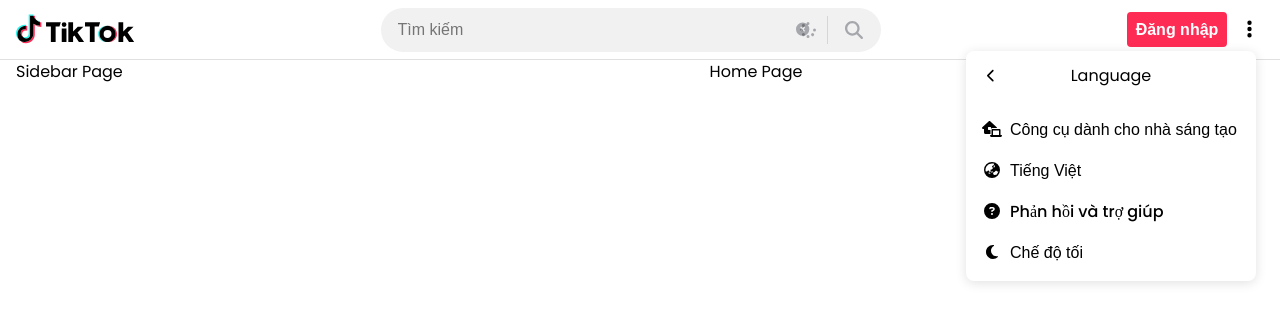
Repository: nvdao03/Tiktok
Page: /
The author's editor kept a copy of each file at every save. The page is drawn from the files as they stood at one save, then again after the next save.
The browser window is 1280 px wide. The pictures show the whole page.
The project was rebuilt for these pictures with package versions that can differ from the ones it lists, and the page was loaded fresh each time. Also part of the build but not shown: vite.config.js, src/components/AccountItem/AccountItem.module.scss, src/components/Layout/HeaderOnly/index.jsx, src/pages/Following/index.jsx, src/pages/Profile/index.jsx, src/pages/Upload/index.jsx, src/pages/Search/index.jsx.

Above is the page before, as saved 2025-01-04 22:41:38.

### src/main.jsx
import { StrictMode } from 'react';
import { createRoot } from 'react-dom/client';
import GlobalStyles from './components/GlobalStyles/';
import App from './App.jsx';

createRoot(document.getElementById('root')).render(
  <StrictMode>
    <GlobalStyles>
      <App />
    </GlobalStyles>
  </StrictMode>,
);

### src/App.jsx
import { Fragment } from 'react';
import { BrowserRouter as Router, Routes, Route } from 'react-router-dom';

import { publicRoutes } from './routes';
import { DefaultLayout } from './components/Layout';

function App() {
  return (
    <Router>
      <div className="App">
        <Routes>
          {publicRoutes.map((route, index) => {
            const Pages = route.component;

            // Kiểm tra và check điều kiện để render ra DefaultLayout
            let Layout = DefaultLayout;

            if (route.layout) {
              Layout = route.layout;
            } else if (route.layout === null) {
              Layout = Fragment;
            }

            return (
              <Route
                key={index}
                path={route.path}
                element={
                  <Layout>
                    <Pages />
                  </Layout>
                }
              />
            );
          })}
        </Routes>
      </div>
    </Router>
  );
}

export default App;

### src/components/GlobalStyles/GlobalStyles.scss
// @import 'normalize.css';
@import url('https://fonts.googleapis.com/css2?family=Poppins:ital,wght@0,100;0,200;0,300;0,400;0,500;0,600;0,700;0,800;0,900;1,100;1,200;1,300;1,400;1,500;1,600;1,700;1,800;1,900&display=swap');

html,
body,
div,
span,
applet,
object,
iframe,
h1,
h2,
h3,
h4,
h5,
h6,
p,
blockquote,
pre,
a,
abbr,
acronym,
address,
big,
cite,
code,
del,
dfn,
em,
img,
ins,
kbd,
q,
s,
samp,
small,
strike,
strong,
sub,
sup,
tt,
var,
b,
u,
i,
center,
dl,
dt,
dd,
ol,
ul,
li,
fieldset,
form,
label,
legend,
table,
caption,
tbody,
tfoot,
thead,
tr,
th,
td,
article,
aside,
canvas,
details,
embed,
figure,
figcaption,
footer,
header,
hgroup,
menu,
nav,
output,
ruby,
section,
summary,
time,
mark,
audio,
video {
  margin: 0;
  padding: 0;
  border: 0;
  font-size: 100%;
  font: inherit;
  vertical-align: baseline;
}
/* HTML5 display-role reset for older browsers */
article,
aside,
details,
figcaption,
figure,
footer,
header,
hgroup,
menu,
nav,
section {
  display: block;
}
body {
  line-height: 1;
}
ol,
ul {
  list-style: none;
}
blockquote,
q {
  quotes: none;
}
blockquote:before,
blockquote:after,
q:before,
q:after {
  content: '';
  content: none;
}
table {
  border-collapse: collapse;
  border-spacing: 0;
}

a {
  text-decoration: none;
  color: var(--text-color);
  font-family: inherit;
}

:root {
  --primary: #fe2c55;
  --black: #000;
  --white: #fff;

  // Default Layout
  --default-layout-header-height: 6rem;
}

* {
  box-sizing: border-box;
}

html {
  font-size: 62.5%;
}

body {
  font-family: 'Poppins', serif;
  font-style: normal;

  font-size: 1.6rem;
  line-height: 1.5;
}

button,
input,
[tabindex] {
  outline: none;
  border: none;
  background: transparent;
}

### src/routes/index.js
// Layouts
import { HeaderOnly } from '../components/Layout';

// Pages
import HomePage from '../pages/Home';
import FollowingPage from '../pages/Following';
import ProfilePage from '../pages/Profile';
import UploadPage from '../pages/Upload';
import SearchPage from '../pages/Search';

// 1. Các routes ko cần login vẫn xem được
const publicRoutes = [
  { path: '/', component: HomePage },
  { path: '/following', component: FollowingPage },
  { path: '/profile', component: ProfilePage },
  { path: '/upload', component: UploadPage, layout: HeaderOnly }, // Nếu là null thì lấy DefaultLayout và ngược lại nếu có Layout thì phải lấy Layout truyền vào
  { path: '/search', component: SearchPage, layout: null },
];

// 2. Các routes yêu cầu login
const privateRoutes = [];

export { publicRoutes, privateRoutes };

### src/pages/Home/index.jsx
function Home() {
  return <div>Home Page</div>;
}

export default Home;

### src/components/Layout/DefaultLayout/index.jsx
import Sidebar from './Sidebar';
import Header from '../components/Header';
import styles from './DefaultLayout.module.scss';
import classNames from 'classnames/bind';

const cx = classNames.bind(styles);

function DefaultLayout({ children }) {
  return (
    <div className={cx('wrapper')}>
      <Header />
      <div className={cx('container')}>
        <Sidebar />
        <main className={cx('content')}>{children}</main>
      </div>
    </div>
  );
}

export default DefaultLayout;

### src/components/Layout/DefaultLayout/Sidebar/index.jsx
import React from 'react';
import styles from './Sidebar.module.scss';
import classNames from 'classnames/bind';

const cx = classNames.bind(styles);

function Sidebar() {
  return (
    <aside className={cx('wrapper')}>
      <h2>Sidebar Page</h2>
    </aside>
  );
}

export default Sidebar;

### src/components/Layout/components/Header/index.jsx
import React, { useEffect, useState } from 'react';
import classNames from 'classnames/bind';
import { FontAwesomeIcon } from '@fortawesome/react-fontawesome';
import {
  faCircleXmark,
  faSpinner,
  faMagnifyingGlass,
  faEllipsisVertical,
  faEarthAsia,
  faHouseLaptop,
  faCircleQuestion,
  faMoon,
} from '@fortawesome/free-solid-svg-icons';
import Tippy from '@tippyjs/react/headless';

import styles from './Header.module.scss';
import images from '../../../../assets/images';
import { Wrapper as PopperWrapper } from '../../../../components/Popper';
import AccountItem from '../../../AccountItem';
import Button from '../../../Buttons';
import Menu from '../../../Popper/Menu';

// 1. Thằng bind này nó giúp mình bind object style này vào -> và trả ra cái method cx -> dùng cx để làm việc với class thì sẽ viết được dấu gạch -
// 2. Cứ thằng nào là thẻ ôm của 1 component thì cứ đặt tên nó là wrapper
const cx = classNames.bind(styles);

// 3. Nội dung ở trong Menu sẽ thay đổi theo nhiều kiểu -> mình sẽ ko để cứng mà truyền data và render ra màn hình
const MENU_ITEMS = [
  {
    icon: <FontAwesomeIcon icon={faHouseLaptop} />,
    title: 'Công cụ dành cho nhà sáng tạo',
  },
  {
    icon: <FontAwesomeIcon icon={faEarthAsia} />,
    title: 'Tiếng Việt',
    children: {
      title: 'Language',
      data: [
        {
          code: 'vi',
          title: 'Tiếng Việt',
        },
        {
          code: 'en',
          title: 'English',
        },
        {
          code: 'fi',
          title: 'Finnish',
        },
        {
          code: 'no',
          title: 'Norwegian',
        },
        {
          code: 'se',
          title: 'Swedish',
        },
        {
          code: 'dk',
          title: 'Danish',
        },
        {
          code: 'ch',
          title: 'Swiss German',
        },
        {
          code: 'nl',
          title: 'Dutch',
        },
      ],
    },
  },
  {
    icon: <FontAwesomeIcon icon={faCircleQuestion} />,
    title: 'Phản hồi và trợ giúp',
    to: '/feedback',
  },
  {
    icon: <FontAwesomeIcon icon={faMoon} />,
    title: 'Chế độ tối',
  },
];

function Header() {
  const [searchResult, setSearchResult] = useState([]);

  useEffect(() => {
    setTimeout(() => {
      setSearchResult([]);
    }, 1000);
  }, []);

  return (
    <header className={cx('wrapper')}>
      <div className={cx('inner')}>
        {/* Logo */}
        <a href="/" className={cx('logo')}>
          <img src={images.logo} alt="TikTok" />
        </a>

        {/* Search */}
        <Tippy
          visible={searchResult.length > 0}
          interactive={true}
          render={(attrs) => (
            <div className={cx('search-result')} tabIndex="-1" {...attrs}>
              <PopperWrapper>
                <h4 className={cx('search-title')}>Tài khoản</h4>
                <AccountItem />
                <AccountItem />
              </PopperWrapper>
            </div>
          )}
        >
          <div className={cx('search')}>
            <form action="" className={cx('search-form')}>
              <input type="text" placeholder="Tìm kiếm" />
              <button type="button" className={cx('search-clear')}>
                <FontAwesomeIcon icon={faCircleXmark} />
              </button>
              <FontAwesomeIcon className={cx('search-loading')} icon={faSpinner} />

              <button type="button" className={cx('search-btn')}>
                <FontAwesomeIcon icon={faMagnifyingGlass} />
              </button>
            </form>
          </div>
        </Tippy>
        {/* Actions */}
        <div className={cx('actions')}>
          {/* <Button text>Đăng ký</Button> */}
          <Button primary className={cx('custom-primary')}>
            Đăng nhập
          </Button>

          <Menu items={MENU_ITEMS}>
            <button className={cx('more-btn')}>
              <FontAwesomeIcon icon={faEllipsisVertical} />
            </button>
          </Menu>
        </div>
      </div>
    </header>
  );
}

export default Header;

### src/components/Layout/DefaultLayout/DefaultLayout.module.scss
.wrapper {
  display: flex;
  justify-content: center;
  flex-direction: column;
}

.container {
  display: flex;
  justify-content: space-between;
  flex: 1 1 auto;

  width: 100%;
  max-width: 100%;
  padding-left: 1.6rem;
  padding-right: 2.4rem;

  background-color: rgb(255, 255, 255);
}

.content {
  position: relative;

  display: flex;
  justify-content: center;

  min-width: 42rem;
  margin: 0px auto;

  -webkit-box-pack: center;
}

### src/components/Layout/DefaultLayout/Sidebar/Sidebar.module.scss
.wrapper {
  width: 24rem;
  height: 100%;
}

### src/components/Layout/components/Header/Header.module.scss
.wrapper {
  height: var(--default-layout-header-height);

  background: rgb(255, 255, 255);
  border-bottom: 0.1rem solid rgba(0, 0, 0, 0.12);
}

.inner {
  display: flex;
  align-items: center;
  justify-content: space-between;

  height: 100%;
  width: 100%;
  max-width: 100%;
  padding-left: 1.6rem;
  padding-right: 2.4rem;
}

.logo {
  display: flex;
  align-items: center;

  user-select: none;
}

.search {
  position: relative;

  min-width: 20rem;
  width: 51.6rem;
  padding: 0rem 0.8rem;
}

.search-result {
  --search-result-width: 51.6rem;

  width: calc(var(--search-result-width) - 1.6rem);
}

.search-title {
  height: 3rem;
  padding: 0.5rem 1.2rem;
  font-size: 1.4rem;
  line-height: 1.8rem;
  font-weight: 600;
  color: rgba(22, 24, 35, 0.5);
}

.search-form {
  position: relative;
  display: flex;

  background: rgba(22, 24, 35, 0.06);
  padding-left: 1.6rem;
  border-radius: 9.2rem;

  overflow: hidden;

  border: 1.5px solid transparent;

  &:focus-within {
    border-color: rgba(22, 24, 35, 0.2);
  }

  &::after {
    content: '';
    position: absolute;
    top: 50%;
    right: 5.2rem;

    transform: translateY(-50%);

    width: 0.1rem;
    height: 2.8rem;
    background: rgba(22, 24, 35, 0.12);
  }

  input {
    height: 100%;

    font-weight: 400;
    font-size: 1.6rem;
    line-height: 2.1rem;

    padding: 1.2rem 0;
    border: none;
    outline: none;

    color: var(--black);
    caret-color: var(--primary);

    background: transparent;
  }

  input:not(:placeholder-shown) ~ .search-btn {
    color: rgba(22, 24, 35, 0.8);
  }
}

.search-clear,
.search-loading {
  position: absolute;
  right: 6.4rem;
  top: 50%;

  transform: translateY(-50%);

  color: rgba(22, 24, 35, 0.34);

  cursor: pointer;
}

.search-btn {
  display: flex;
  justify-content: center;
  align-items: center;

  width: 5.2rem;

  font-size: 1.8rem;
  color: rgba(22, 24, 35, 0.34);

  margin-left: auto;
  border: none;
  outline: none;
  background: transparent;

  &:hover {
    cursor: pointer;
    color: rgba(22, 24, 35, 0.8);
    background: rgba(22, 24, 35, 0.03);
    border-top-right-radius: 0.92rem;
    border-bottom-right-radius: 0.92rem;
  }
}

.actions {
  display: flex;
  align-items: center;
  justify-content: center;
}

// More button
.more-btn {
  font-size: 2rem;
  margin-left: 1.6rem;
  padding: 0 0.4rem;
  background: transparent;
  cursor: pointer;
}

### src/assets/images/index.js
/*

  Cách 1:
  const images = {
    logo: '/src/assets/images/logo.png'
  }

  Cách 2:
  const images = {
    logo: new URL('./logo.png', import.meta.url).href
      - import.meta.url: Đây là url module hiện tại, cung cấp thông tin về vị trí của file hiện tại
      - .href: Đây là đường dẫn URL hoàn chỉnh từ đối tượng URL
  }

*/

const images = {
  logo: new URL('./logo.svg', import.meta.url).href,
};

export default images;

### src/components/AccountItem/index.jsx
import React from 'react';
import classNames from 'classnames/bind';
import { FontAwesomeIcon } from '@fortawesome/react-fontawesome';
import { faCheck, faCheckCircle } from '@fortawesome/free-solid-svg-icons';

import styles from './AccountItem.module.scss';

const cx = classNames.bind(styles);

function AccountItem() {
  return (
    <div className={cx('wrapper')}>
      <img
        src="https://p16-sign-va.tiktokcdn.com/tos-maliva-avt-0068/1be015feb10a86a0177f048001bd0469~c5_100x100.jpeg?lk3s=30310797&nonce=15317&refresh_token=66705073abf8410ab80e2fd3d5b10936&x-expires=1735992000&x-signature=0UfE0BNkbiXxWny8Wc1fAKic2%2FM%3D&shp=30310797&shcp=-"
        alt="Hoa"
        className={cx('avatar')}
      />
      <div className={cx('info')}>
        <h4 className={cx('name')}>
          <span>Nguyen Van A</span>
          <FontAwesomeIcon className={cx('check')} icon={faCheckCircle} />
        </h4>
        <span className={cx('username')}>Hoa Hậu Quốc Gia</span>
      </div>
    </div>
  );
}

export default AccountItem;

### src/components/Buttons/index.jsx
import React from 'react';
import classNames from 'classnames/bind';
import { Link } from 'react-router-dom';

import styles from './Button.module.scss';

const cx = classNames.bind(styles);

function Button({
  to,
  href,
  children,
  primary = false,
  outline = false,
  text = false,
  rounded = false,
  disabled = false,
  small = false,
  large = false,
  className,
  leftIcon,
  rightIcon,
  onClick,
  ...passProps
}) {
  let Component = 'button';

  const props = {
    onClick,
    ...passProps,
  };

  if (to) {
    props.to = to;
    Component = Link;
  } else if (href) {
    props.href = href;
    Component = 'a';
  }

  if (disabled) {
    delete props.onClick;
  }

  const classes = cx('wrapper', {
    primary,
    outline,
    small,
    large,
    text,
    disabled,
    rounded,
    [className]: className,
  });

  return (
    <Component className={classes} {...props}>
      {leftIcon && <span className={cx('icon')}>{leftIcon}</span>}
      <span className={cx('title')}>{children}</span>
      {rightIcon && <span className={cx('icon')}>{rightIcon}</span>}
    </Component>
  );
}

export default Button;

### src/components/Popper/Menu/index.jsx
import React, { useState } from 'react';
import Tippy from '@tippyjs/react/headless';
import classNames from 'classnames/bind';

import MenuItem from './MenuItem';
import styles from './Menu.module.scss';
import { Wrapper as PopperWrapper } from '../../Popper';
import Header from './Header';

const cx = classNames.bind(styles);

function Menu({ children, items = [] }) {
  const [history, setHistory] = useState([{ data: items }]);

  const current = history[history.length - 1];

  const renderItems = () => {
    return current.data.map((item, index) => {
      const isParent = !!item.children;

      return (
        <MenuItem
          key={index}
          data={item}
          onClick={() => {
            if (isParent) {
              setHistory((prev) => [...prev, item.children]);
            }
          }}
        />
      );
    });
  };

  return (
    <Tippy
      visible
      interactive
      delay={[0, 500]}
      placement="bottom-end"
      render={(attrs) => (
        <div className={cx('menu-list')} tabIndex="-1" {...attrs}>
          <PopperWrapper className={cx('menu-popper')}>
            <Header title="Language" />
            {renderItems()}
          </PopperWrapper>
        </div>
      )}
    >
      {children}
    </Tippy>
  );
}

export default Menu;

### src/components/Popper/Wrapper.jsx
import React from 'react';
import classNames from 'classnames/bind';

import styles from './Popper.module.scss';

const cx = classNames.bind(styles);

function Wrapper({ children, className }) {
  return <div className={cx('wrapper', className)}>{children}</div>;
}

export default Wrapper;

### src/components/Buttons/Button.module.scss
.wrapper {
  position: relative;

  display: inline-flex;
  align-items: center;
  justify-content: center;

  min-width: 10rem;

  padding: 0.7rem 0.8rem;

  border-radius: 0.4rem;
  border: none;

  font-weight: 700;
  font-size: 1.6rem;
  line-height: 2.1rem;

  user-select: none;
  cursor: pointer;
  background-color: transparent;

  + .wrapper {
    margin-left: 1.6rem;
  }

  &.disabled {
    cursor: none;
    pointer-events: none;
    opacity: 0.5;
  }
}

.icon + .title,
.title + .icon {
  margin-left: 0.8rem;
}

.icon {
  display: inline-block;
  width: 2rem;
  text-align: center;
}

// Button types
.rounded {
  min-width: 90px;
  height: 3.2rem;

  font-weight: 700;
  font-size: 1.4rem;
  line-height: 3rem;

  border: 1px solid rgba(22, 24, 35, 0.12);
  border-radius: 5.2rem;

  color: rgba(22, 24, 35, 0.75);
  background: none rgb(255, 255, 255);

  &:hover {
    border-color: rgba(22, 24, 35, 0.2);
    background-color: rgb(255, 255, 255);
  }
}

.primary {
  margin-left: 1.6rem;

  color: var(--white);
  background-color: rgb(254, 44, 85);
  border-color: var(--primary);

  &:hover {
    border-color: var(--primary);
    background: linear-gradient(0deg, rgba(0, 0, 0, 0.06), rgba(0, 0, 0, 0.06)), rgb(254, 44, 85);
  }
}

.custom-primary {
  margin-left: 0 !important;
}

.outline {
  border: 0.1rem solid rgb(254, 44, 85);
  border-radius: 4px;
  color: rgb(254, 44, 85);
  background-color: rgb(255, 255, 255);

  font-weight: 600;
}

.text {
  &:hover {
    text-decoration: underline;
  }
}

// Button sizes
.small {
  min-width: 10.6rem;
}

.large {
  min-width: 20.8rem;
  height: 4.8rem;
}

### src/components/Popper/Menu/MenuItem.jsx
import React from 'react';
import Button from '../../Buttons';
import classNames from 'classnames/bind';
import styles from './Menu.module.scss';

const cx = classNames.bind(styles);

function MenuItem({ data, onClick }) {
  return (
    <Button className={cx('menu-item')} leftIcon={data.icon} to={data.to} onClick={onClick}>
      {data.title}
    </Button>
  );
}

export default MenuItem;

### src/components/Popper/Menu/Menu.module.scss
// Menu wrapper
.menu-list {
  width: 29rem;

  // Menu item
  .menu-item {
    white-space: nowrap;
    margin-left: 0;
    padding: 1rem 0.8rem 1rem 1.6rem;
    border-radius: 0;

    width: 100%;
    justify-content: flex-start;

    font-weight: 500;

    &:hover {
      background: rgba(22, 24, 35, 0.03);
    }
  }
}

// Menu popper
.menu-popper {
  padding-bottom: 8px;
}

// Header
.header {
  position: relative;
  height: 50px;
  top: -0.8rem;
}

.back-btn {
  width: 5rem;
  height: 100%;
  background: transparent;
  border: none;
  cursor: pointer;
}

.header-title {
  position: absolute;
  top: 50%;
  left: 50%;
  transform: translate(-50%, -50%);
}

### src/components/Popper/Menu/Header.jsx
import React from 'react';
import classNames from 'classnames/bind';
import { FontAwesomeIcon } from '@fortawesome/react-fontawesome';
import { faChevronLeft } from '@fortawesome/free-solid-svg-icons';

import styles from './Menu.module.scss';

const cx = classNames.bind(styles);

function Header({ title, onBack }) {
  return (
    <header className={cx('header')}>
      <button className={cx('back-btn')} onClick={onBack}>
        <FontAwesomeIcon icon={faChevronLeft} />
      </button>
      <h4 className={cx('header-title')}>{title}</h4>
    </header>
  );
}

export default Header;

### src/components/Popper/Popper.module.scss
.wrapper {
  width: 100%;
  max-height: min(-156px + 100vh, 760px);
  background: rgb(255, 255, 255);
  box-shadow: rgba(0, 0, 0, 0.12) 0px 2px 12px;
  border-radius: 8px;
  padding-top: 8px;
}

Loaded but not shown: index.html (common file); src/components/GlobalStyles/index.js (common file); src/components/Layout/index.jsx (common file); src/components/Popper/index.jsx (common file)

After the next save:
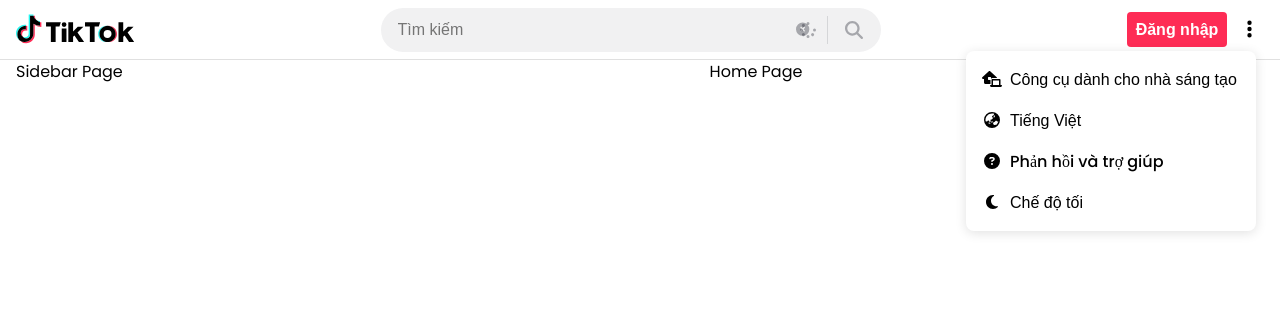
Saved 22 s later.
--- a/src/components/Popper/Menu/index.jsx
+++ b/src/components/Popper/Menu/index.jsx
@@ -41,7 +41,7 @@
       render={(attrs) => (
         <div className={cx('menu-list')} tabIndex="-1" {...attrs}>
           <PopperWrapper className={cx('menu-popper')}>
-            <Header title="Language" />
+            {/* <Header title="Language" /> */}
             {renderItems()}
           </PopperWrapper>
         </div>

After the save that followed:
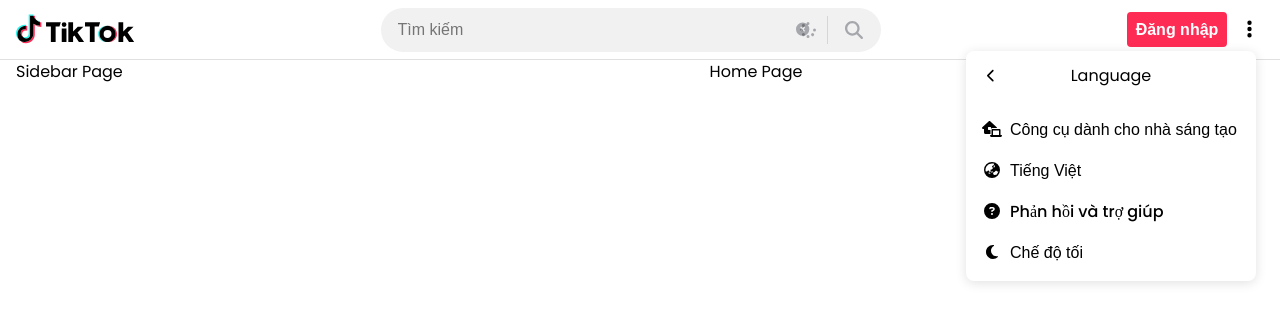
Saved 98 s later.
--- a/src/components/Popper/Menu/index.jsx
+++ b/src/components/Popper/Menu/index.jsx
@@ -41,7 +41,7 @@
       render={(attrs) => (
         <div className={cx('menu-list')} tabIndex="-1" {...attrs}>
           <PopperWrapper className={cx('menu-popper')}>
-            {/* <Header title="Language" /> */}
+            <Header title="Language" />
             {renderItems()}
           </PopperWrapper>
         </div>
